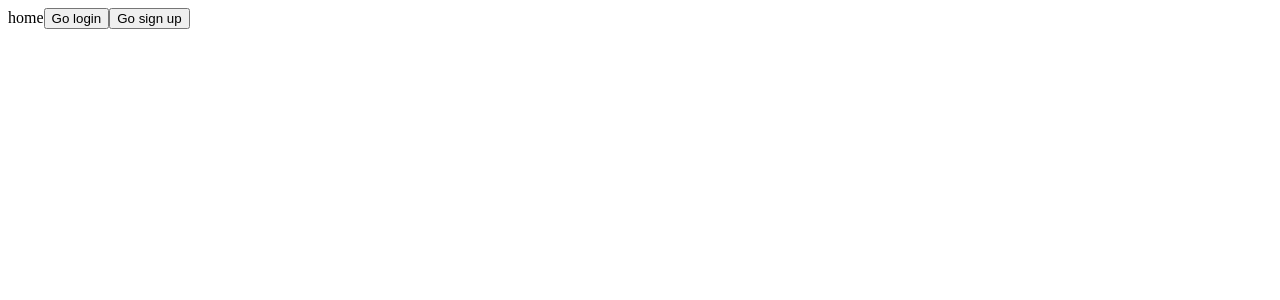
Repository: knowledgeAlan/nextjs-client-router-one
Page: /
These files come from the project's save history. The page is drawn as it stood at one moment and after the next save; the edit follows.
The browser window is 1280 px wide. The pictures show the whole page.
The project was rebuilt for these pictures with package versions that can differ from the ones it lists, and the page was loaded fresh each time. The framework's server and built-in components were replaced by stand-ins that run in the browser. Also part of the build but not shown: next.config.mjs.

Above is the page before, as saved 2024-05-17 13:52:01.

After the next save:
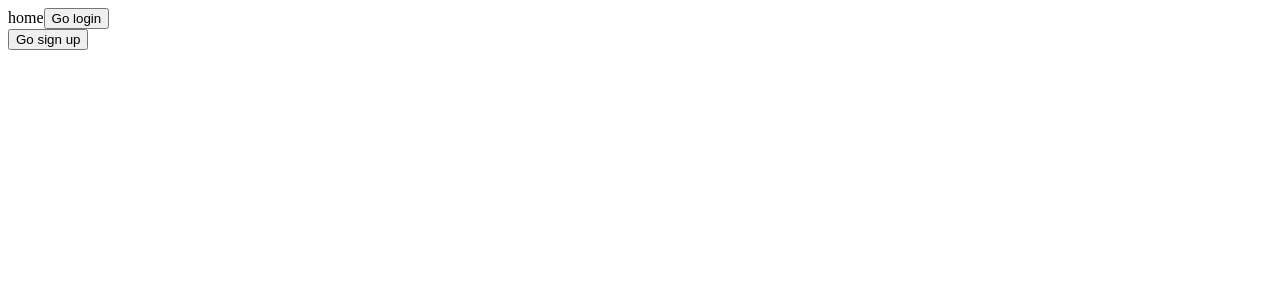
Saved 7 s later.
--- a/src/app/page.tsx
+++ b/src/app/page.tsx
@@ -11,7 +11,7 @@ export default function Home() {
       home
       <button onClick={buttonClick}   >
         Go login
-      </button>
+      </button><br/>
       <button onClick={buttonClick}   >
         Go sign up
       </button>
